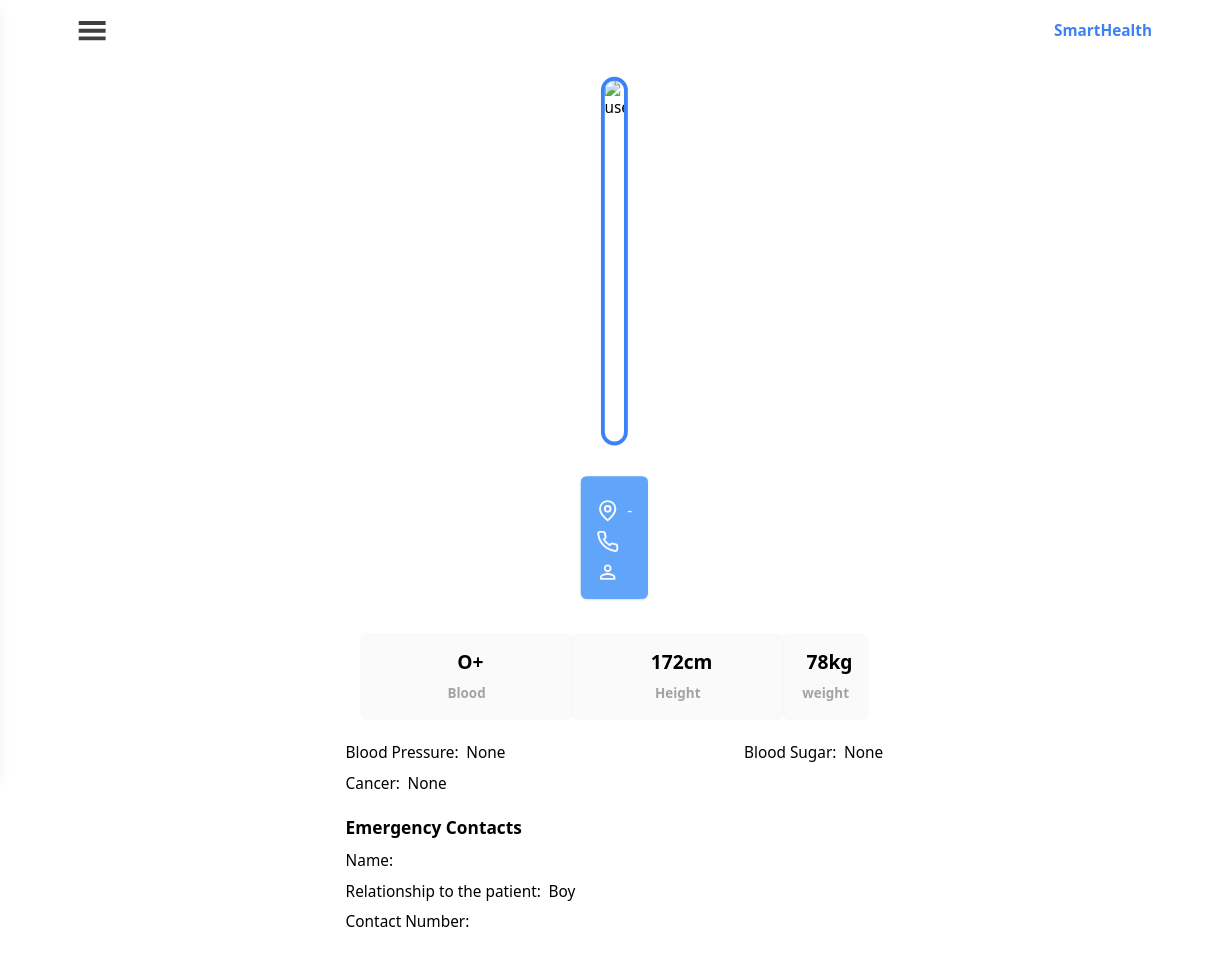
Repository: Sanaa00/HI-user
Page: /home
These files come from the project's save history. The page is drawn as it stood at one moment and after the next save; the edit follows.
The browser window is 1280 px wide. The pictures show the whole page, at 96% of full size.
The page's requests for data from a server got no answer. The project was rebuilt for these pictures with package versions that can differ from the ones it lists, and the page was loaded fresh each time. No one was signed in, and anything a server would have sent is missing. Also part of the build but not shown: vite.config.js, src/App.css, src/Components/Pagination.jsx, src/Pages/Prescription.jsx, src/Components/modalComponent.jsx, src/Pages/Laboratory.jsx, src/Pages/Radiographic.jsx, src/Components/InputField.jsx and 2 more.

Above is the page before, as saved 2024-01-12 21:15:38.

### src/main.jsx
import React from 'react';
import ReactDOM from 'react-dom/client';
import App from './App.jsx';
import './index.css';
import Modal from 'react-modal';
import { BrowserRouter } from 'react-router-dom';
Modal.setAppElement('#root');
ReactDOM.createRoot(document.getElementById('root')).render(
  <React.StrictMode>
    <BrowserRouter>
      {/* <Provider store={store}> */}
      <App />
      {/* </Provider>{' '} */}
    </BrowserRouter>
  </React.StrictMode>,
);

### src/App.jsx
import { Route, Routes } from 'react-router-dom';
import './App.css';
import Home from './Pages/Home';
// import Test from './Pages/Test';
import Navbar from './Components/Navbar';
import Prescription from './Pages/Prescription';
import Laboratory from './Pages/Laboratory';
import Radiographic from './Pages/Radiographic';
import ModalComponent from './Components/modalComponent';
import Login from './Pages/Login';
import SignUp from './Pages/SignUp';

function App() {
  return (
    <>
      <Navbar />
      <Routes>
        <Route path="/home" element={<Home />} />
        <Route path="/laboratory" element={<Laboratory />}>
          <Route path=":id" element={<ModalComponent />} />
        </Route>
        <Route path="/Radiographic" element={<Radiographic />} />
        <Route path="/Prescription" element={<Prescription />} />
        <Route path="/" element={<Login />} />
        <Route path="/signup" element={<SignUp />} />
        {/* <Route path="products" element={<Products />} />
          <Route path="setting" element={<Setting />} />
          <Route path="hide" element={<HideProducts />} /> */}
        {/* </Route> */}
      </Routes>
    </>
  );
}

export default App;

### src/Pages/Home.jsx
import { useEffect, useState } from 'react';
import { supabase } from '../supabaseClient';
import { FaLocationDot, FaPhone } from 'react-icons/fa6';
import { LuPhone } from 'react-icons/lu';
import { MdPermIdentity } from 'react-icons/md';
import { CiPhone } from 'react-icons/ci';
import { GrLocation } from 'react-icons/gr';
function Home() {
  const [data, setData] = useState([]);

  useEffect(() => {
    const fetchData = async () => {
      const { data, error } = await supabase
        .from('personInformation')
        .select('*')
        .eq('id', 34567890)
        .single();
      console.log('first', data);
      if (error) console.log('Error', error);
      else setData(data);
    };

    fetchData();
  }, []);
  return (
    <div className="mt-16 min-h-screen p-4 sm:px-10 md:px-20  flex flex-col lg:items-center">
      <div className="flex justify-center items-center">
        {console.log(data)}{' '}
        <img
          className="object-cover rounded-full w-72 border-4 border-blue-500 h-72 lg:w-1/2 lg:h-96 "
          src={data.userImage}
          alt="user"
        />
      </div>
      {/* <div className="mt-5 text-center font-bold text-lg lg:w-1/2">
        Personal Information
      </div> */}
      <div className="mt-3 lg:w-1/2 flex justify-center items-center">
        {/* <span>Name:</span> */}
        <span className="ml-2 font-semibold">{data.fullName}</span>
      </div>{' '}
      {/* <div className="mt-2 flex justify-between items-center lg:w-1/2"> */}
      {/* <span>
          {' '}
          <span>DOB:</span>
          <span className="ml-2">{data.dateOfBirth}</span>
        </span>{' '}
        <span>
          {' '}
          <span>Gender:</span>
          <span className="ml-2">{data.gender}</span>
        </span> */}
      {/* </div>{' '} */}
      <div className="mt-5 bg-blue-400 text-neutral-50 rounded-md p-4 shadow ">
        {' '}
        <div className="mt-2 flex justify-between items-center lg:w-1/2">
          <span className="flex items-center flex-row">
            {' '}
            <span>
              <GrLocation className="w-6 h-6" />
            </span>
            <span className="ml-2">
              {data.city}-{data.address}
            </span>
          </span>
        </div>
        {/* ****************** */}
        <div className="mt-2 flex justify-between items-center lg:w-1/2">
          <span className="flex items-center">
            {' '}
            <span>
              <LuPhone className="w-6 h-6" />
            </span>
            <span className="ml-2">{data.contactNumber}</span>
          </span>{' '}
        </div>{' '}
        <div className="mt-2 flex justify-between items-center lg:w-1/2">
          <span className="flex items-center">
            {' '}
            <span>
              <MdPermIdentity className="w-6 h-6" />
            </span>
            <span className="ml-2">{data.id}</span>
          </span>{' '}
        </div>
      </div>
      {/* **********vital information*********** */}
      <div className="mt-5 p-4 flex justify-between items-center  text-lg lg:w-1/2">
        {' '}
        {/* <div className="mt-2 flex justify-between items-center lg:w-1/2"> */}
        <div className="w-full flex flex-col items-center justify-center bg-neutral-50 p-4 rounded-md shadow-sm ">
          {' '}
          <div className="ml-2 text-xl font-bold">O+</div>
          <div className="text-sm font-semibold text-neutral-400 mt-2">
            Blood
          </div>
        </div>{' '}
        {/* </div>{' '} */}
        {/* <div className="mt-2 flex justify-between items-center lg:w-1/2"> */}
        <div className="flex w-full flex-col justify-center items-center bg-neutral-50 p-4 rounded-md shadow-sm">
          {' '}
          <div className="text-center ml-2 text-xl font-bold">172cm</div>{' '}
          <div className="text-center text-sm font-semibold text-neutral-400 mt-2">
            Height
          </div>
        </div>{' '}
        <div className="flex flex-col justify-center items-center bg-neutral-50 p-4 rounded-md shadow-sm">
          {' '}
          <div className="ml-2 text-xl font-bold">78kg</div>
          <div className="text-sm font-semibold text-neutral-400 mt-2">
            weight
          </div>
        </div>{' '}
      </div>{' '}
      {/* </div> */}
      {/* <div className="mt-2 flex justify-between items-center lg:w-1/2">
        <span>
          {' '}
          <span>Blood Type:</span>
          <span className="ml-2">O+</span>
        </span>{' '}
      </div>{' '}
      <div className="mt-2 flex justify-between items-center lg:w-1/2">
        <span>
          {' '}
          <span>Height:</span>
          <span className="ml-2">172 cm</span>
        </span>{' '}
        <span>
          {' '}
          <span>weight:</span>
          <span className="ml-2">78 kg</span>
        </span>{' '}
      </div>{' '} */}
      <div className="mt-2 flex justify-between items-center lg:w-1/2">
        <span>
          {' '}
          <span>Blood Pressure:</span>
          <span className="ml-2">None</span>
        </span>{' '}
        <span>
          {' '}
          <span>Blood Sugar:</span>
          <span className="ml-2">None</span>
        </span>{' '}
      </div>{' '}
      <div className="mt-2 flex justify-between items-center lg:w-1/2">
        <span>
          {' '}
          <span>Cancer:</span>
          <span className="ml-2">None</span>
        </span>{' '}
      </div>{' '}
      {/* ***************Emergency Contacts********** */}
      <div className="mt-5 font-bold text-lg lg:w-1/2">Emergency Contacts</div>
      <div className="mt-2 flex justify-between items-center lg:w-1/2">
        <span>
          {' '}
          <span>Name:</span>
          <span className="ml-2">{data.emergencyContactName}</span>
        </span>{' '}
      </div>{' '}
      <div className="mt-2 flex justify-between items-center lg:w-1/2">
        <span>
          {' '}
          <span>Relationship to the patient:</span>
          <span className="ml-2">Boy</span>
        </span>{' '}
      </div>{' '}
      <div className="mt-2 mb-5 flex justify-between items-center lg:w-1/2">
        <span>
          {' '}
          <span>Contact Number:</span>
          <span className="ml-2">{data.emergencyContactNumber}</span>
        </span>{' '}
      </div>
    </div>
  );
}

export default Home;

### src/Components/Navbar.jsx
import { useState } from 'react';
import { Link, NavLink } from 'react-router-dom';
import { GiHamburgerMenu } from 'react-icons/gi';
import { IoCloseSharp } from 'react-icons/io5';
function Navbar() {
  const [open, setOpen] = useState(false);
  return (
    <div className="flex text-neutral-700 top-0 z-50 fixed px-4 sm:px-10 md:px-20 justify-between items-center bg-white h-16 w-full">
      <div
        className={` flex justify-between hover:bg-opacity-80 duration-500 hover:duration-500 items-center w-full h-full text-lg font-bold`}
      >
        <button onClick={() => setOpen(!open)} className="">
          <GiHamburgerMenu className="w-8 h-8" />
        </button>{' '}
        <div
          className={` bg-white rounded-sm  flex flex-col fixed w-4/5 lg:w-96 top-0 z-40 left-0 shadow-lg transform duration-500 ease-in-out ${
            open ? 'translate-x-0' : '-translate-x-full'
          }`}
        >
          <button
            onClick={() => setOpen(!open)}
            className="mt-3 mb-2 left-0 px-3 flex h-16"
          >
            <IoCloseSharp className="w-9 h-9" />
          </button>

          <div className="w-full h-screen flex flex-col text-orange p-4">
            <Link to="/home" onClick={() => setOpen(!open)} className="pb-3">
              Person Information
            </Link>
            <Link
              to="/Radiographic"
              onClick={() => setOpen(!open)}
              className="py-3"
            >
              Radiographic examination
            </Link>
            <Link
              to="/laboratory"
              onClick={() => setOpen(!open)}
              className="py-3"
            >
              Laboratory examination
            </Link>
            <Link
              to="/Prescription"
              onClick={() => setOpen(!open)}
              className="py-3"
            >
              Prescription
            </Link>
          </div>
        </div>
      </div>
      <NavLink to="/home" className="ml-2 font-bold text-blue-500">
        SmartHealth
      </NavLink>
    </div>
  );
}

export default Navbar;

### src/supabaseClient.js
import { createClient } from '@supabase/supabase-js';

const supabaseUrl =
    import.meta.env.VITE_REACT_APP_SUPABASE_URL;
const supabaseAnonKey =
    import.meta.env.VITE_REACT_APP_SUPABASE_ANON_KEY;

export const supabase = createClient(supabaseUrl, supabaseAnonKey);

Loaded but not shown: index.html (common file); src/index.css (common file); tailwind.config.js (common file)

After the next save:
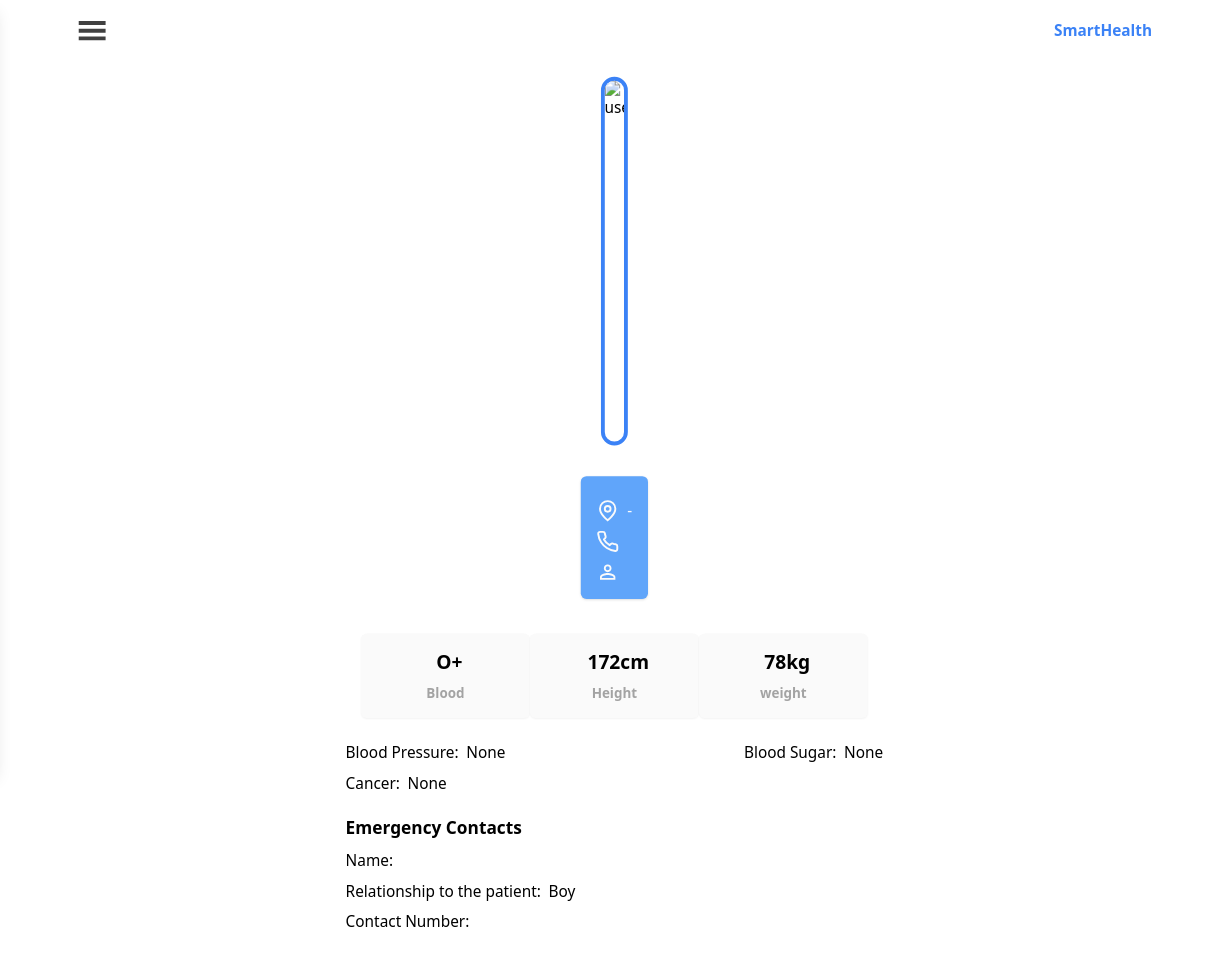
Saved 9 s later.
--- a/src/Pages/Home.jsx
+++ b/src/Pages/Home.jsx
@@ -104,7 +104,7 @@ function Home() {
             Height
           </div>
         </div>{' '}
-        <div className="flex flex-col justify-center items-center bg-neutral-50 p-4 rounded-md shadow-sm">
+        <div className="flex flex-col justify-center items-center bg-neutral-50 p-4 rounded-md shadow-sm w-full">
           {' '}
           <div className="ml-2 text-xl font-bold">78kg</div>
           <div className="text-sm font-semibold text-neutral-400 mt-2">
